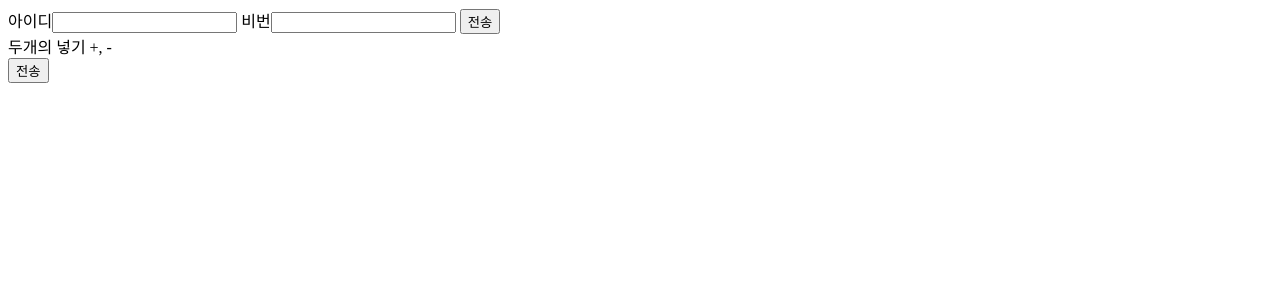
Repository: dron512/jspsogo
Page: http://localhost/ex0315/a.jsp
An editor plug-in stored every save of this project. The page is shown before and after the next save, followed by the edit.
The browser window is 1280 px wide. The pictures show the whole page.
The page is served by Tomcat 9.

Above is the page before, as saved 2022-03-15 04:56:26.

After the next save:
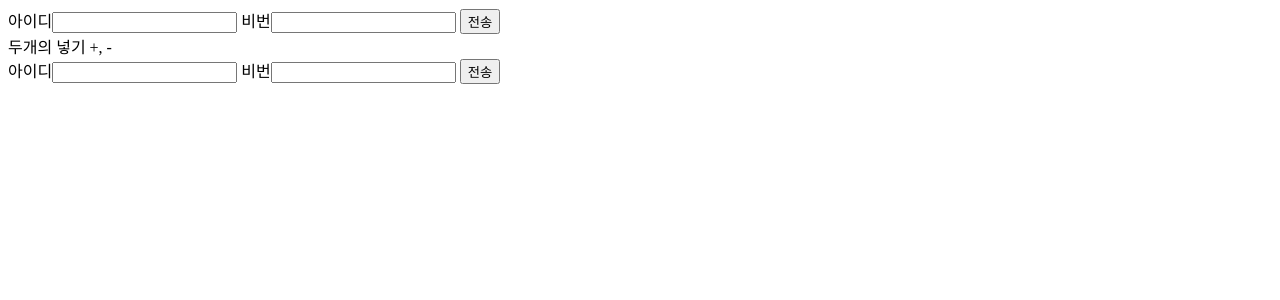
Saved 55 s later.
--- a/jsp_work2-2/ex0315/src/main/webapp/a.jsp
+++ b/jsp_work2-2/ex0315/src/main/webapp/a.jsp
@@ -16,6 +16,8 @@
 </form>
 두개의 넣기 +, -
 <form action="calcu.jsp">
+	아이디<input type="text" name="id">
+	비번<input type="text" name="pw">
 	<input type="submit" value="전송">
 </form>
 </body>
